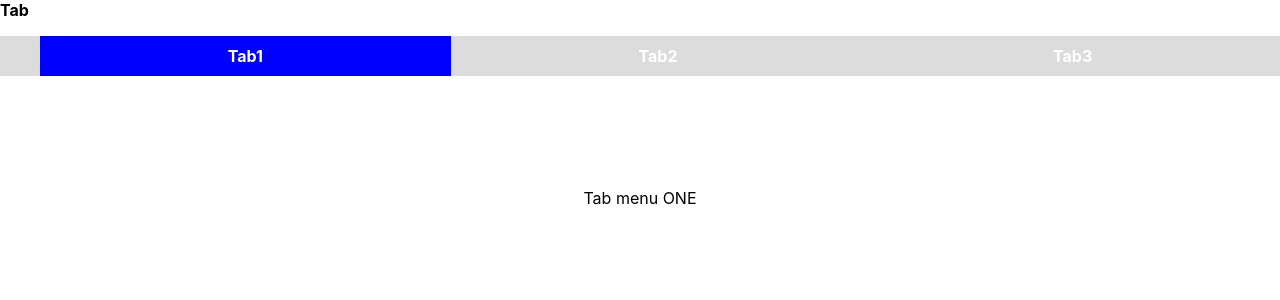
Repository: janghwahyun/wanted_pre_onboarding
Page: /Tab
An editor plug-in stored every save of this project. The page is shown before and after the next save, followed by the edit.
The browser window is 1280 px wide. The pictures show the whole page.
The project was rebuilt for these pictures with package versions that can differ from the ones it lists, and the page was loaded fresh each time. Also part of the build but not shown: src/component/ClickToEdit.js, src/component/AutoComplete.js, src/component/Modal.js, src/component/Tag.js, src/component/Toggle.js.

Above is the page before, as saved 2022-02-11 14:08:30.

### src/App.js
import ClickToEdit from './component/ClickToEdit';
import AutoComplete from './component/AutoComplete';
import Modal from './component/Modal';
import Tab from './component/Tab';
import Tag from './component/Tag';
import Toggle from './component/Toggle';

import './App.css';
import { BrowserRouter, Routes, Route } from 'react-router-dom';

function App() {
  return (
    <BrowserRouter>
      <Routes>
        <Route path="/" element={<App />} />
        <Route path="/ClickToEdit" element={<ClickToEdit />} />
        <Route path="/AutoComplete" element={<AutoComplete />} />
        <Route path="/Modal" element={<Modal />} />
        <Route path="/Tab" element={<Tab />} />
        <Route path="/Tag" element={<Tag />} />
        <Route path="/Toggle" element={<Toggle />} />
      </Routes>
    </BrowserRouter>
  );
}

export default App;

### src/component/Tab.js
import { useState, useRef } from 'react';
import styled from 'styled-components';

const Tab = () => {
  const menuArr = [
    { name: 'Tab1', value: 'Tab menu ONE' },
    { name: 'Tab2', value: 'Tab menu TWO' },
    { name: 'Tab3', value: 'Tab menu THREE' },
  ];
  const [currentTab, setCurrentTab] = useState(0);

  const selectMenuHandler = index => {
    console.log(index);
    setCurrentTab(index);
  };

  return (
    <>
      <strong>Tab</strong>
      <div>
        <TabMenu>
          {menuArr.map((el, index) => {
            return (
              <li key={index} className={`${index === currentTab ? 'submenu focused' : 'submenu'}`} onClick={() => selectMenuHandler(index)}>
                {el.name}
              </li>
            );
          })}
        </TabMenu>
        <Desc>
          <p>{menuArr[currentTab].value}</p>
        </Desc>
      </div>
    </>
  );
};

const TabMenu = styled.ul`
  background-color: #dcdcdc;
  color: white;
  font-weight: bold;
  display: flex;
  flex-direction: row;
  justify-items: center;
  align-items: center;
  list-style: none;
  margin-bottom: 7rem;
  height: 40px;

  .submenu {
    display: flex;
    justify-content: center;
    flex-grow: 1;
    cursor: pointer;
  }

  .focused {
    background-color: blue;
    color: white;
    height: 100%;
    display: flex;
    align-items: center;
    transition: 1s;
  }

  & div.desc {
    text-align: center;
  }
`;

const Desc = styled.div`
  text-align: center;
`;

export default Tab;

### src/App.css
* {
  box-sizing: border-box;
}

.App {
  width: 100%;
  height: 100vh;
  display: flex;
  justify-content: center;
  align-items: center;
}

Loaded but not shown: public/index.html (common file); src/index.js (common file); src/index.css (common file); src/reportWebVitals.js (common file)

After the next save:
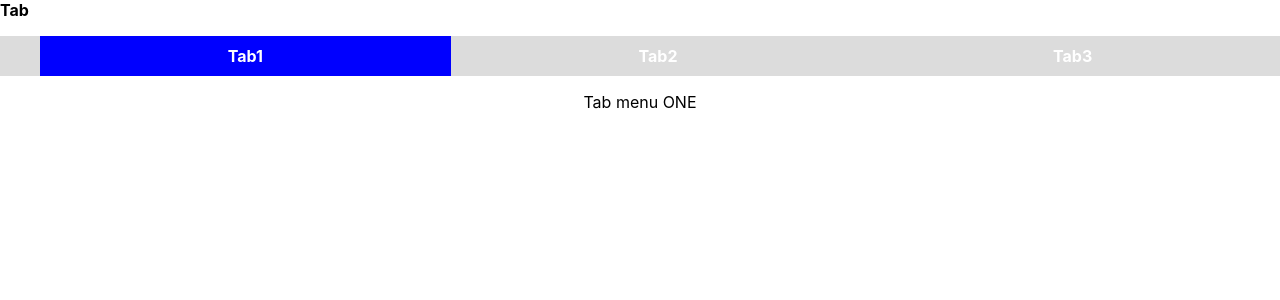
Saved 16 s later.
--- a/src/component/Tab.js
+++ b/src/component/Tab.js
@@ -44,7 +44,7 @@ const TabMenu = styled.ul`
   justify-items: center;
   align-items: center;
   list-style: none;
-  margin-bottom: 7rem;
+  /* margin-bottom: 7rem; */
   height: 40px;
 
   .submenu {
